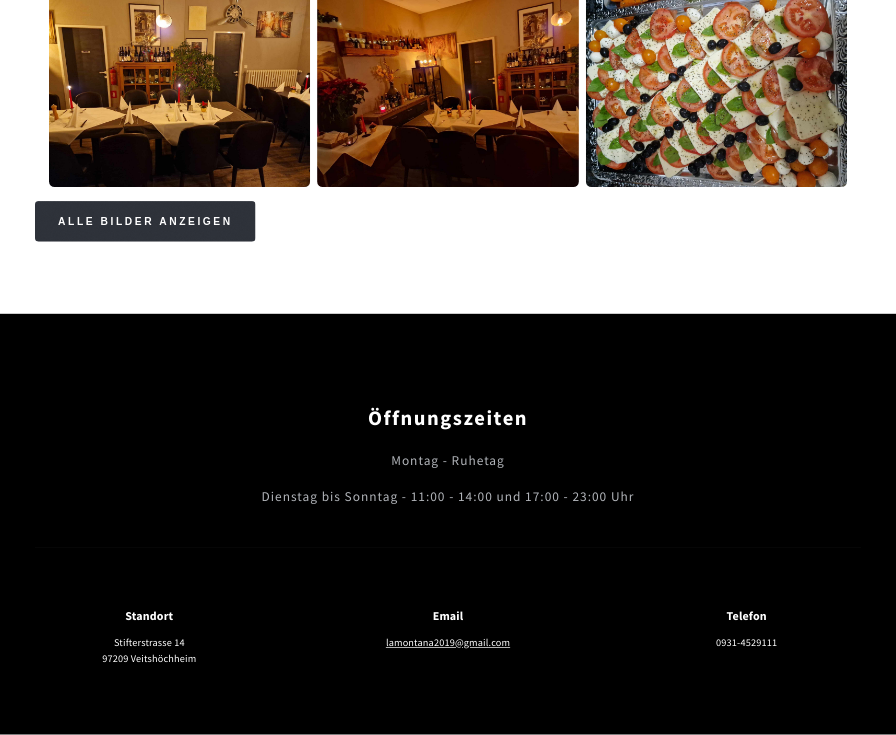
Repository: restaurantlamontana/restaurantlamontana.github.io
Page: index.html
An editor plug-in stored every save of this project. The page is shown before and after the next save, followed by the edit.
The browser window is 1280 px wide. The pictures show the part of the page from y = 1435 to 3355 px (the page is 2485 px tall before and 3355 px after), at 70% of full size.
After loading, the first visible `#show-more-btn` was clicked once.

Above is the page before, as saved 2024-07-15 12:25:05.

### index.html
<!DOCTYPE html>
<html>
  <head>
    <title>La Montana</title>
    <meta charset="utf-8" />
    <meta
      name="viewport"
      content="width=device-width, initial-scale=1, user-scalable=no"
    />
    <link rel="stylesheet" href="assets/css/main.css" />
    <style>
      /* Additional CSS for hiding images */
      .image-grid img:nth-child(n + 7) {
        display: none;
      }
    </style>
  </head>
  <body class="homepage is-preload">
    <div id="page-wrapper">
      <!-- Header -->
      <section id="header" class="wrapper">
        <!-- Logo -->
        <div id="logo">
          <h1 style="font-size: 40px"><a href="index.html">La Montana</a></h1>
        </div>
        <!-- Nav -->
        <nav id="nav">
          <ul class="toplinks">
            <li class="current"><a href="index.html">Home</a></li>
            <li>
              <a href="assets/Speisekarte_Scan.pdf" target="_blank"
                >Speisekarte</a
              >
            </li>
            <li><a href="blog.html">Blog</a></li>
          </ul>
        </nav>
      </section>

      <!-- Intro -->
      <section id="intro" class="wrapper style1">
        <div class="container">
          <br /><br /><br /><br />
          <p class="style1">Italienisches Ambiente?</p>
          <br />
          <p class="style1">
            Besuchen Sie doch das Restaurant La Montana in Veitshöchheim...
          </p>
          <ul class="actions">
            <li>
              <a
                href="assets/Speisekarte_Scan.pdf"
                target="_blank"
                class="button style3 large"
                >Speisekarte</a
              >
            </li>
          </ul>
          <ul class="actions">
            <li><a href="blog.html" class="button style3 large">Blog</a></li>
          </ul>
        </div>
      </section>

      <!-- Image Grid -->
      <section class="wrapper">
        <div class="container">
          <div class="image-grid">
            <img src="images/IMG_3203.JPG" />
            <img src="images/IMG_3204.JPG" />
            <img src="images/IMG_3205.JPG" />
            <img src="images/IMG_3206.JPG" />
            <img src="images/IMG_3207.JPG" />
            <img src="images/IMG_3199.JPG" />
            <img src="images/IMG_3200.JPG" />
            <img src="images/IMG_3201.JPG" />
            <img src="images/IMG_3202.JPG" />
            <img src="images/IMG_3199.JPG" />
            <img src="images/IMG_3194.JPG" />
            <img src="images/IMG_3195.JPG" />
            <img src="images/IMG_3196.JPG" />
            <img src="images/IMG_3197.JPG" />
            <img src="images/IMG_3198.JPG" />
          </div>
          <button id="show-more-btn" class="button style3 large">
            Alle Bilder anzeigen
          </button>
        </div>
      </section>

      <!-- Footer -->
      <section id="footer" class="wrapper">
        <div class="container">
          <header class="style1">
            <h2>Öffnungszeiten</h2>
            <p>Montag - Ruhetag</p>
            <p>Dienstag bis Sonntag - 11:00 - 14:00 und 17:00 - 23:00 Uhr</p>
          </header>
        </div>
        <div class="flex-container">
          <div class="flex-item">
            <h3>Standort</h3>
            <p style="color: white">
              Stifterstrasse 14<br />
              97209 Veitshöchheim<br />
            </p>
          </div>
          <div class="flex-item">
            <h3>Email</h3>
            <p>
              <a href="mailto:lamontana2019@gmail.com"
                >lamontana2019@gmail.com</a
              >
            </p>
          </div>
          <div class="flex-item">
            <h3>Telefon</h3>
            <p style="color: white">0931-4529111</p>
          </div>
        </div>
      </section>
    </div>

    <script>
      document
        .getElementById("show-more-btn")
        .addEventListener("click", function () {
          const images = document.querySelectorAll(".image-grid img");
          images.forEach((img, index) => {
            if (index >= 6) {
              img.style.display =
                img.style.display === "none" ? "block" : "none";
            }
          });
          this.textContent =
            this.textContent === "Alle Bilder anzeigen"
              ? "Weniger Bilder anzeigen"
              : "Alle Bilder anzeigen";
        });
    </script>
  </body>
</html>

Loaded but not shown: assets/css/fontawesome-all.min.css (library); assets/css/main.css (3122 lines, source omitted)

After the next save:
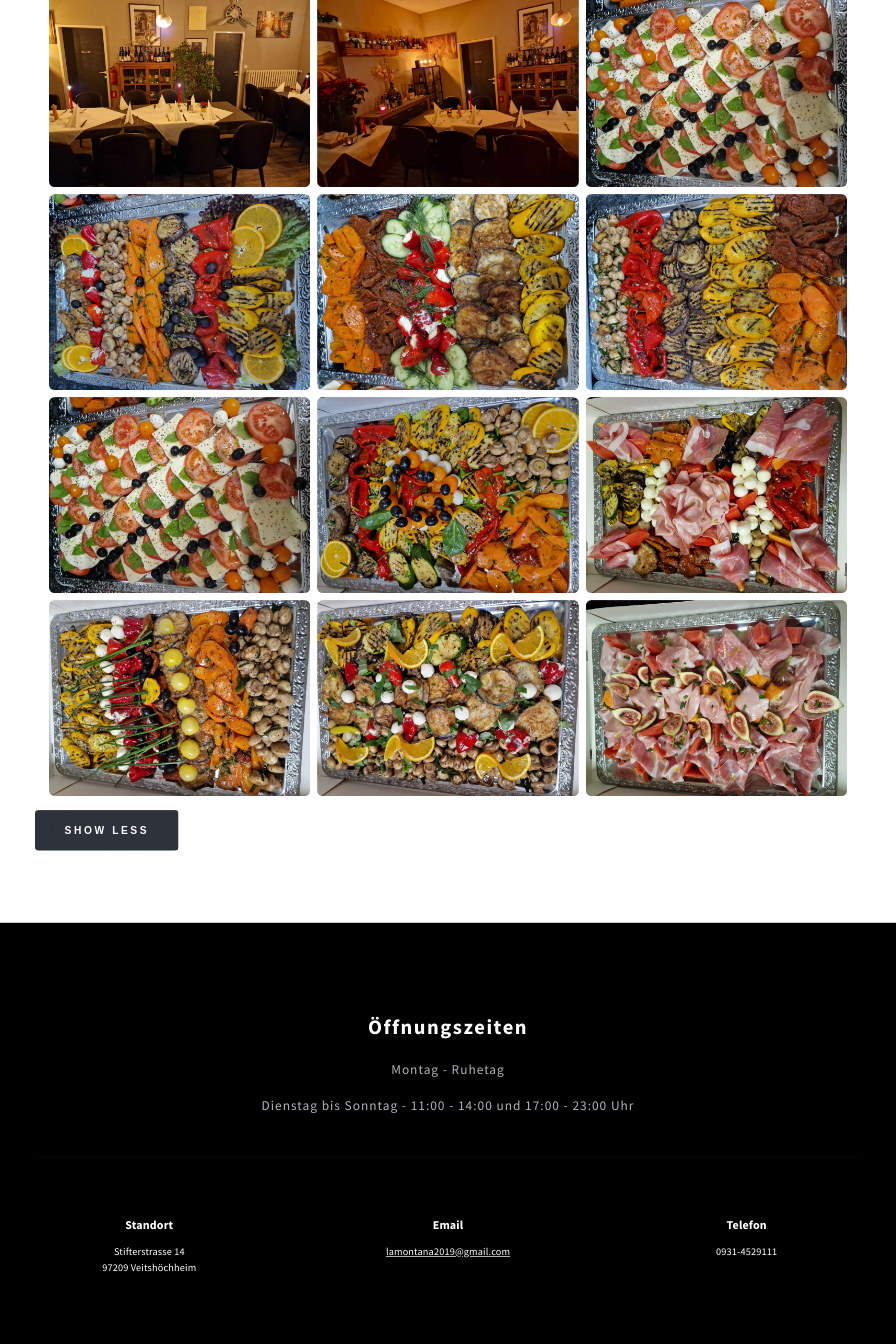
Saved 105 s later.
--- a/index.html
+++ b/index.html
@@ -125,17 +125,16 @@
       document
         .getElementById("show-more-btn")
         .addEventListener("click", function () {
-          const images = document.querySelectorAll(".image-grid img");
-          images.forEach((img, index) => {
-            if (index >= 6) {
-              img.style.display =
-                img.style.display === "none" ? "block" : "none";
-            }
+          const images = document.querySelectorAll(
+            ".image-grid img:nth-child(n+7)"
+          );
+          const isHidden =
+            images[0].style.display === "none" ||
+            images[0].style.display === "";
+          images.forEach((img) => {
+            img.style.display = isHidden ? "block" : "none";
           });
-          this.textContent =
-            this.textContent === "Alle Bilder anzeigen"
-              ? "Weniger Bilder anzeigen"
-              : "Alle Bilder anzeigen";
+          this.textContent = isHidden ? "Show Less" : "Show All Pictures";
         });
     </script>
   </body>
